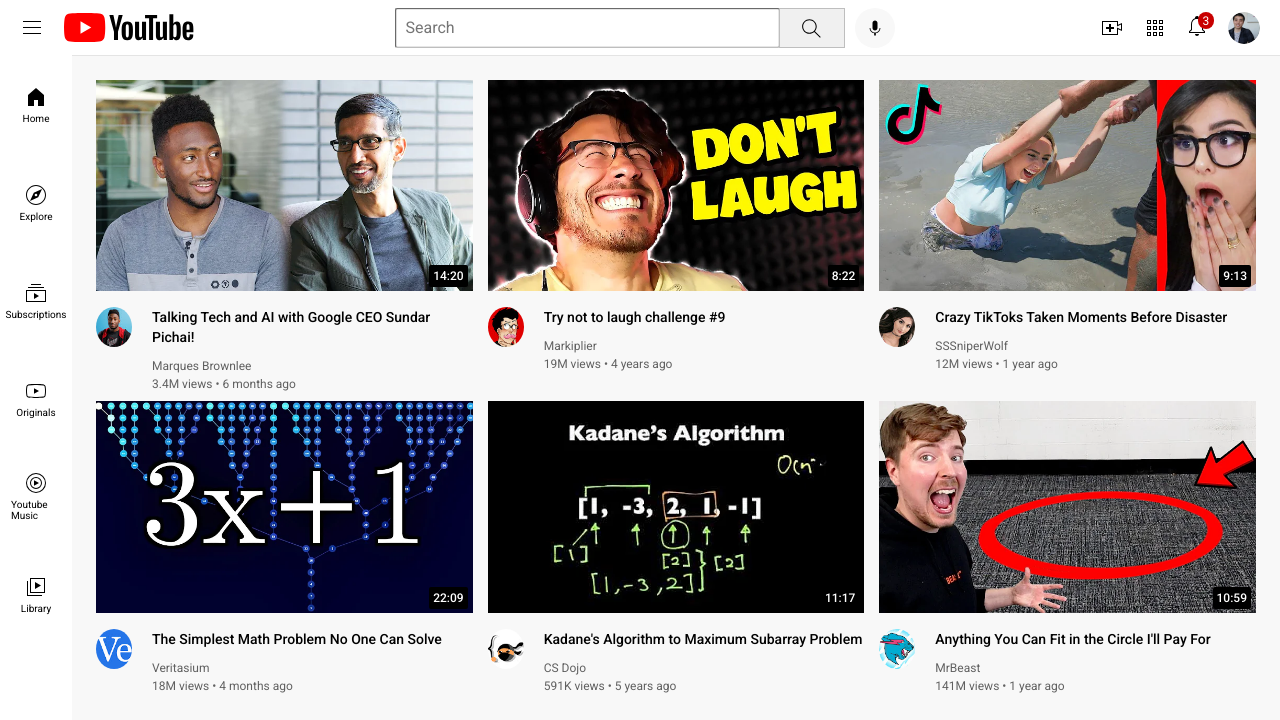
Repository: idahcarts-ux/html-css
Page: youtube.html
These files come from the project's save history. The page is drawn as it stood at one moment and after the next save; the edit follows.
The browser window is 1280 px wide. The pictures show the whole page.

Above is the page before, as saved 2025-11-20 21:24:23.

### youtube.html
<!DOCTYPE html>
<html>
<head>
  <title>YouTube.com Clone</title>

  <link rel="preconnect" href="https://fonts.googleapis.com">
  <link rel="preconnect" href="https://fonts.gstatic.com" crossorigin>
  <link href="https://fonts.googleapis.com/css2?family=Roboto:wght@100;300;400;500;700;900&display=swap" rel="stylesheet">

<link rel="stylesheet" href="styles/general.css">
<link rel="stylesheet" href="styles/video.css">
<link rel="stylesheet" href="styles/header.css">
<link rel="stylesheet" href="styles/sidebar.css">



</head>
<body>
  <div class="header">
    <div class="left-section">
     <img class="hamburger-menu" src="icons/hamburger-menu.svg">
     <img class="youtube-logo" src="icons/youtube-logo.svg">
    </div>

    <div class="middle-section">
      <input class="search-bar" type="text" placeholder="Search">
    <button class="search-button">
      <img
      class="search-icon"
      src="icons/search.svg">
    </button>
    <button class="voice-search-button">
      <img
      class="voice-search-icon"
      src="icons/voice-search-icon.svg">
    </button>
    </div>

    <div class="right-section">
      <img
      class="uploads-icon"
      src="icons/upload.svg">
      <img
      class="youtube-apps-icon"
      src="icons/youtube-apps.svg">
      <div class="notification-icon-container">
       <img
      class="notification-icon"
      src="icons/notifications.svg">
      <div class="notifications-count">3</div>
      </div>
      <img
       class="current-user-picture"
       src="chanel-pictures/my-channel.jpeg">
    </div>

  </div>

   <div class="sidebar">
     <div class="sidebar-link">
      <img src="icons/home.svg">
      <div>Home</div>
     </div>
     <div class="sidebar-link">
      <img src="icons/explore.svg">
      <div>Explore</div>
     </div>
     <div class="sidebar-link">
      <img src="icons/subscriptions.svg">
      <div>Subscriptions</div>
     </div>
     <div class="sidebar-link">
      <img src="icons/originals.svg">
      <div>Originals</div>
      </div>
     <div class="sidebar-link">
      <img src="icons/youtube-music.svg">
       <div>Youtube Music</div>
     </div>
      <div class="sidebar-link">
      <img src="icons/library.svg">
       <div>Library</div>
     </div>

   </div>



  <!-- MAIN GRID START -->
  <div class="video-grid">

    <!-- 1 -->
    <div class="video-preview">
      <div class="thumbnails-row">
      <img class="thumbnails" src="thumbnails/thumbnail-1.webp">
      <div class="video-time">14:20</div>
      </div>
      <div class="video-info-grid">
        <div class="channel-pictures">
          <img class="profile-picture" src="chanel-pictures/channel-1.jpeg">
        </div>
        <div class="video-info">
          <p class="video-title">
            Talking Tech and AI with Google CEO Sundar Pichai!
          </p>
          <p class="video-author">Marques Brownlee</p>
          <p class="video-stats">3.4M views • 6 months ago</p>
        </div>
      </div>
    </div>

    <!-- 2 -->
    <div class="video-preview">
       <div class="thumbnails-row">
      <img class="thumbnails" src="thumbnails/thumbnail-2.webp">
      <div class="video-time">8:22</div>
      </div>
       <div class="video-info-grid">
        <div class="channel-pictures">
          <img class="profile-picture" src="chanel-pictures/channel-2.jpeg">
        </div>
        <div class="video-info">
          <p class="video-title">Try not to laugh challenge #9</p>
          <p class="video-author">Markiplier</p>
          <p class="video-stats">19M views • 4 years ago</p>
        </div>
      </div>
    </div>

    <!-- 3 -->
    <div class="video-preview">
      <div class="thumbnails-row">
     <img class="thumbnails" src="thumbnails/thumbnail-3.webp">
       <div class="video-time">9:13</div>
       </div>
      <div class="video-info-grid">
        <div class="channel-pictures">
          <img class="profile-picture" src="chanel-pictures/channel-3.jpeg">
        </div>
        <div class="video-info">
          <p class="video-title">Crazy TikToks Taken Moments Before Disaster</p>
          <p class="video-author">SSSniperWolf</p>
          <p class="video-stats">12M views • 1 year ago</p>
        </div>
      </div>
    </div>

    <!-- 4 -->
    <div class="video-preview">
      <div class="thumbnails-row">
      <img class="thumbnails" src="thumbnails/thumbnail-4.webp">
        <div class="video-time">22:09</div>
        </div>
      <div class="video-info-grid">
        <div class="channel-pictures">
          <img class="profile-picture" src="chanel-pictures/channel-4.jpeg">
        </div>
        <div class="video-info">
          <p class="video-title">The Simplest Math Problem No One Can Solve</p>
          <p class="video-author">Veritasium</p>
          <p class="video-stats">18M views • 4 months ago</p>
        </div>
      </div>
    </div>

    <!-- 5 -->
    <div class="video-preview">
      <div class="thumbnails-row">
      <img class="thumbnails" src="thumbnails/thumbnail-5.webp">
       <div class="video-time">11:17</div>
       </div>
      <div class="video-info-grid">
        <div class="channel-pictures">
          <img class="profile-picture" src="chanel-pictures/channel-5.jpeg">
        </div>
        <div class="video-info">
          <p class="video-title">
            Kadane's Algorithm to Maximum Subarray Problem
          </p>
          <p class="video-author">CS Dojo</p>
          <p class="video-stats">591K views • 5 years ago</p>
        </div>
      </div>
    </div>

    <!-- 6 -->
    <div class="video-preview">
      <div class="thumbnails-row">
         <img class="thumbnails" src="thumbnails/thumbnail-6.webp">
         <div class="video-time">10:59</div>
         </div>
         <div class="video-info-grid">
        <div class="channel-pictures">
          <img class="profile-picture" src="chanel-pictures/channel-6.jpeg">
        </div>
        <div class="video-info">
          <p class="video-title">
            Anything You Can Fit in the Circle I'll Pay For
          </p>
          <p class="video-author">MrBeast</p>
          <p class="video-stats">141M views • 1 year ago</p>
        </div>
      </div>
    </div>

  </div>
  <!-- MAIN GRID END -->



</body>
</html>

### styles/general.css
 p {
    font-family: Roboto, Arial;
    margin-top: 0;
    margin-bottom: 0;
  }

  body {
    margin: 0;
    padding-top: 80px;
    padding-right: 24px;
    padding-left: 96px;
    background-color: rgb(248, 248, 248);
  }

### styles/video.css



  .thumbnails {
    width: 100%;
  }



  .video-title {
    font-size: 14px;
    font-weight: 500;
    line-height: 20px;
    margin-bottom: 12px;
  }

  .video-info-grid {
    display: flex;
    margin-top: 12px;
  }

  /* FIX: Ensure the profile picture container is just large enough for the picture */
  .channel-pictures {
    width: 48px; /* Slightly larger than the picture for padding/margin */
    flex-shrink: 0;
    margin-right: 8px; /* Added some spacing to separate picture from text */
  }

  /* FIX: Ensure the profile picture fills its container and maintain aspect ratio */
  .profile-picture {
    width: 36px; /* Kept your desired size */
    height: 40px; /* Added explicit height to force a square container */
    object-fit: cover; /* Ensures image covers the area without distortion */
    border-radius: 50%;
  }

  /* FIX: Removed fixed width which was unnecessary and potentially restrictive */
  .video-info {
    /* width: 200px; <--- Removed this line */
    flex: 1; /* Allow it to take up the remaining space */
  }

  .video-author {
    font-size: 12px;
    color: rgb(96, 96, 96);
    margin-bottom: 4px;
  }

  .video-stats {
    font-size: 12px;
    color: rgb(96, 96, 96);
  }

  .video-grid {
    display: grid;
    grid-template-columns: 1fr 1fr 1fr;
    column-gap: 15px;
    row-gap: 10px;
  }
  .video-time {
    background-color: black;
    color: white;
    position: absolute;
    bottom:8px;
    right:5px;
    font-family: Roboto, Arial;
    font-size: 12px;
    font-weight: 500;
    padding-left: 4px;
    padding-right: 4px;
    padding-bottom: 4px;
    padding-top: 4px;
    border-radius: 2px;

}

  .thumbnails-row {
    margin-bottom: 8px;
    position: relative;
  }

### styles/header.css


  .header {
    height:55px;
    display:flex;
    flex-direction: row;
    justify-content: space-between;
    position: fixed;
    top:0;
    left:0;
    right:0;
    background-color: white;
    border-bottom-width: 1px;
    border-bottom-style: solid;
    border-bottom-color: rgb( 228, 228, 228);
    z-index:100;
  }

  .left-section {
  display: flex;
   align-items: center;


  }
    .youtube-logo {
    width: 12vw;        /* Scales with viewport width */
    min-width: 80px;    /* Don't get too small */
    max-width: 130px;   /* Don't grow too large */
    height: auto;       /* Keep aspect ratio */
    transition: width 0.25s ease;
}


  .hamburger-menu {
    height: 24px;
    margin-left: 20px;
    margin-right: 20px;
  }
  .middle-section {
    flex:1;
    margin-left: 30px;
    margin-right: 35px;
    max-width:500px;
    display: flex;
    align-items:center;
  }
  .search-bar {
    flex:1;
    height:36px;
    padding-left:10px;
    font-size: 16px;
    border-width: 1px;
    border-color: rgb(190, 190,190);
    border-radius: 2px;
    box-shadow: inset 0.05px 0.05px 1px rgba(0, 0, 0.05);
    width:0;
  }
  .search-bar::placeholder {
    font-family: Roboto, Arial;
    fon-size:15px;
  }
  .search-icon{
    height:25px;
    margin-top:4px;
  }
  .search-button {
    height:40px;
    width:66px;
    background-color: rgb( 240, 240, 240);
    border-width: 1px;
    border-style:solid;
    border-color: rgb(190, 190,190);
    margin-left: -1px;
    margin-right: 10px;
  }
  .voice-search-button {
    height:40px;
    width:40px;
    border-radius: 20px;
    border: none;
    background-color: rgb(248,248,248);
  }
  .voice-search-icon{
    height:20px;
    margin-top: 4px;

  }
  .right-section {
    width:180px;
    display:flex;
    align-items: center;
    justify-content: space-between;
    flex-shrink: 0;
  }
  .uploads-icon {
    height:24px;
  }
  .youtube-apps-icon {
    height:24px;
  }
  .notification-icon {
    height:24px;
  }
  .notification-icon-container {
    position:relative;
  }
  .notifications-count {
    position:absolute;
    top: -2px;
    right: -5px;
    background-color: rgb(200, 0, 0);
    color: white;
    font-family: Roboto, Arial;
    font-size: 12px;
    padding-left: 5px;
    padding-right: 5px;
    padding-top: 2px;
    padding-bottom: 1px;
    border-radius: 10px;
  }
  .current-user-picture {
    height:32px;
    border-radius: 16px;
    margin-right: 20px;
  }

### styles/sidebar.css
.sidebar {
  position: fixed;
  left: 0;
  bottom: 0;
  top: 55px;
  background-color: white;
  width: 72px;
  z-index: 200;
  padding-top: 5;

}
.sidebar-link {
  height: 76px;
  display: flex;
  justify-content: center;
  align-items: center;
  flex-direction: column;
  padding:11px;
  cursor: pointer;

}
.sidebar-link:hover {
  background-color: rgb(238, 238,238);
}
.sidebar-link img {
  height: 24px;
  margin-bottom: 4px;
}
.sidebar-link div {
 font-family: Roboto, Arial;
 font-size: 10px;
}

After the next save:
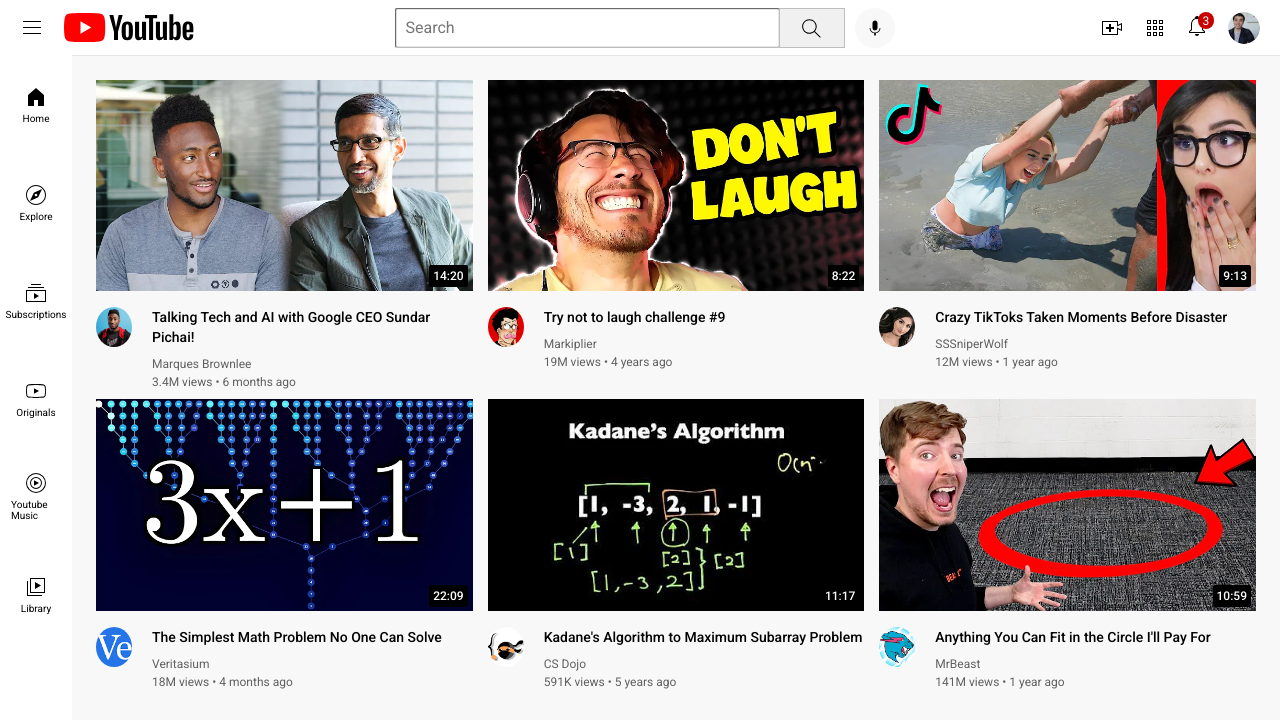
Saved 13 s later.
--- a/styles/video.css
+++ b/styles/video.css
@@ -11,7 +11,7 @@
     font-size: 14px;
     font-weight: 500;
     line-height: 20px;
-    margin-bottom: 12px;
+    margin-bottom: 10px;
   }
 
   .video-info-grid {
